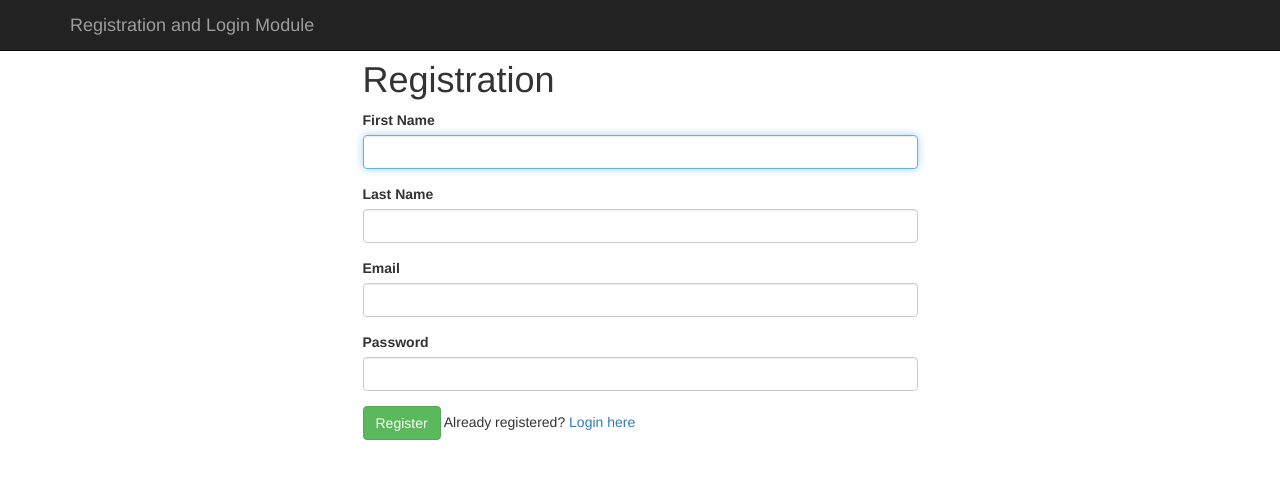
Repository: naikharshada/SpringBootProject
Page: http://localhost/registration
The author's editor kept a copy of each file at every save. The page is drawn from the files as they stood at one save, then again after the next save.
The browser window is 1280 px wide. The pictures show the whole page.
The page is this project's Thymeleaf template; nobody is signed in. The template is opened directly, without the code that normally fills it, so the values that code supplies are empty.

Above is the page before, as saved 2024-02-19 09:36:01.

After the next save:
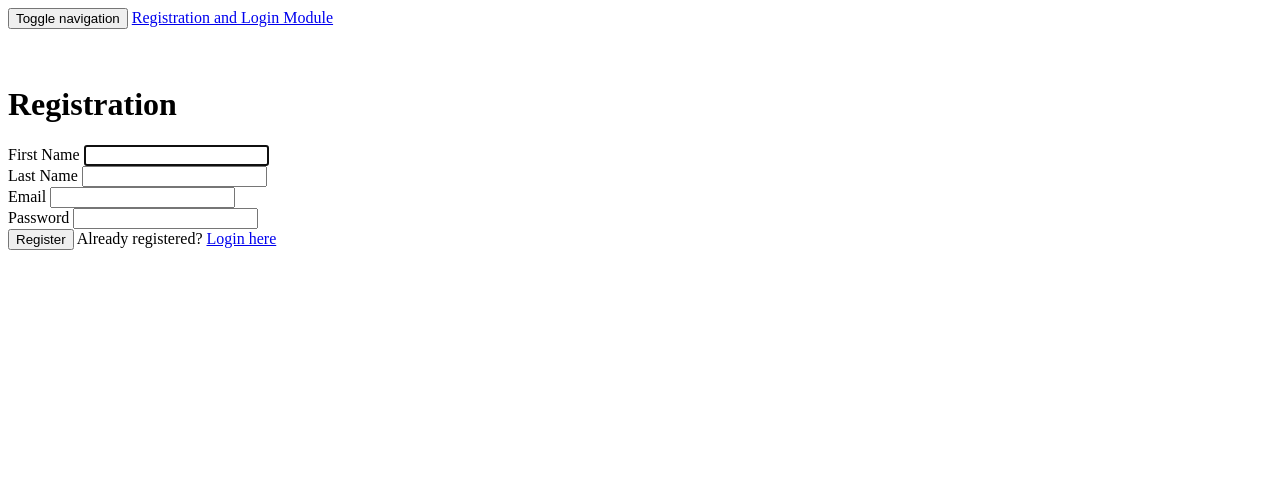
Saved 6 min 34 s later.
--- a/SpringBoot-RegisterLogin-security-thymeleaf/src/main/resources/templates/registration.html
+++ b/SpringBoot-RegisterLogin-security-thymeleaf/src/main/resources/templates/registration.html
@@ -3,10 +3,6 @@
 <head>
 <meta charset="ISO-8859-1">
 <title>Registration</title>
-<link rel="stylesheet"
-	href="https://maxcdn.bootstrapcdn.com/bootstrap/3.3.7/css/bootstrap.min.css"
-	integrity="sha384-BVYiiSIFeK1dGmJRAkycuHAHRg32OmUcww7on3RYdg4Va+PmSTsz/K68vbdEjh4u"
-	crossorigin="anonymous">
 </head>
 <body>
 	<!-- Create navigation bar -->

After the save that followed:
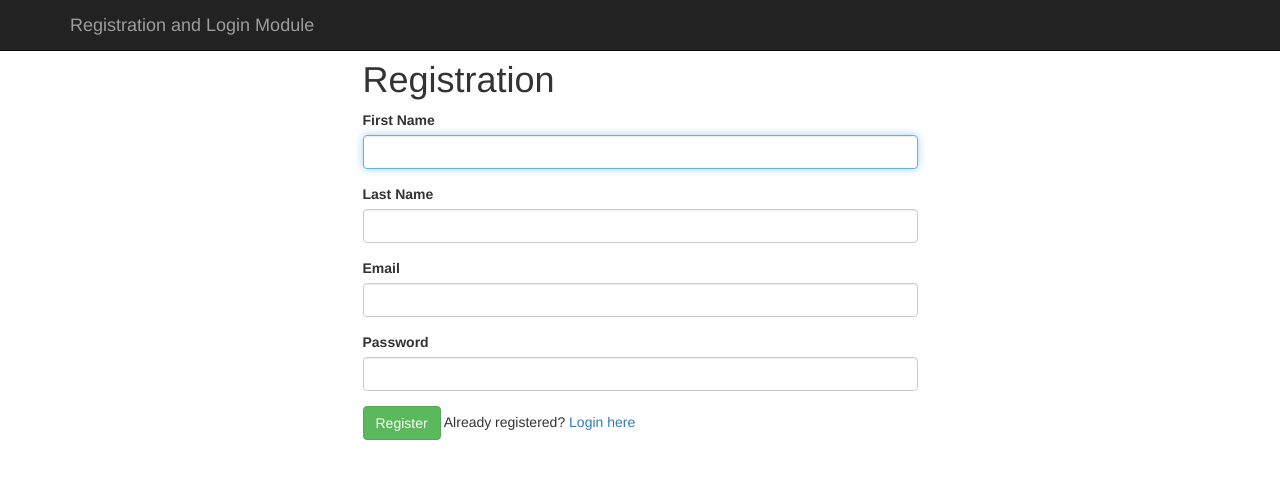
Saved 2 min 0 s later.
--- a/SpringBoot-RegisterLogin-security-thymeleaf/src/main/resources/templates/registration.html
+++ b/SpringBoot-RegisterLogin-security-thymeleaf/src/main/resources/templates/registration.html
@@ -3,6 +3,10 @@
 <head>
 <meta charset="ISO-8859-1">
 <title>Registration</title>
+<link rel="stylesheet"
+	href="https://maxcdn.bootstrapcdn.com/bootstrap/3.3.7/css/bootstrap.min.css"
+	integrity="sha384-BVYiiSIFeK1dGmJRAkycuHAHRg32OmUcww7on3RYdg4Va+PmSTsz/K68vbdEjh4u"
+	crossorigin="anonymous">
 </head>
 <body>
 	<!-- Create navigation bar -->
